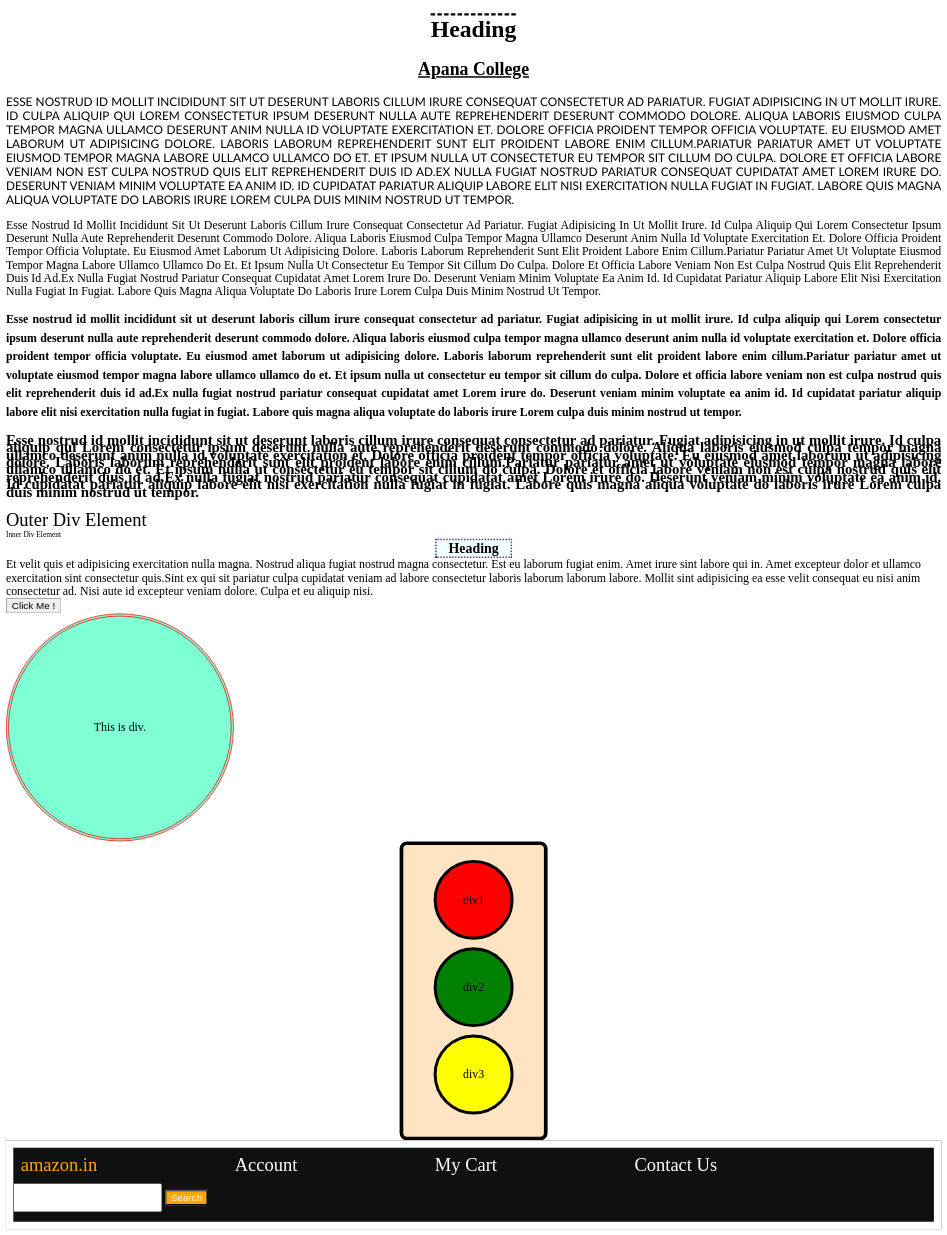
Repository: rakeshkolpepatil/CSS_Apana_College
Page: index.html
An editor plug-in stored every save of this project. The page is shown before and after the next save, followed by the edit.
The browser window is 1280 px wide. The pictures show the whole page, at 74% of full size.

Above is the page before, as saved 2023-06-22 22:03:25.

### index.html
<!DOCTYPE html>
<html lang="en">
<head>
  <meta charset="UTF-8">
  <meta name="viewport" content="width=device-width, initial-scale=1.0">
  <title>Document</title>
  <link rel="stylesheet" href="styleTwo.css">
</head>
<body>
  <h1> Heading </h1>
  <h2> Apana College </h2>
  <p id="pOne">Esse nostrud id mollit incididunt sit ut deserunt laboris cillum irure consequat consectetur ad pariatur. Fugiat adipisicing in ut mollit irure. Id culpa aliquip qui Lorem consectetur ipsum deserunt nulla aute reprehenderit deserunt commodo dolore. Aliqua laboris eiusmod culpa tempor magna ullamco deserunt anim nulla id voluptate exercitation et. Dolore officia proident tempor officia voluptate. Eu eiusmod amet laborum ut adipisicing dolore. Laboris laborum reprehenderit sunt elit proident labore enim cillum.Pariatur pariatur amet ut voluptate eiusmod tempor magna labore ullamco ullamco do et. Et ipsum nulla ut consectetur eu tempor sit cillum do culpa. Dolore et officia labore veniam non est culpa nostrud quis elit reprehenderit duis id ad.Ex nulla fugiat nostrud pariatur consequat cupidatat amet Lorem irure do. Deserunt veniam minim voluptate ea anim id. Id cupidatat pariatur aliquip labore elit nisi exercitation nulla fugiat in fugiat. Labore quis magna aliqua voluptate do laboris irure Lorem culpa duis minim nostrud ut tempor.
  </p>
  <p id="pTwo">Esse nostrud id mollit incididunt sit ut deserunt laboris cillum irure consequat consectetur ad pariatur. Fugiat adipisicing in ut mollit irure. Id culpa aliquip qui Lorem consectetur ipsum deserunt nulla aute reprehenderit deserunt commodo dolore. Aliqua laboris eiusmod culpa tempor magna ullamco deserunt anim nulla id voluptate exercitation et. Dolore officia proident tempor officia voluptate. Eu eiusmod amet laborum ut adipisicing dolore. Laboris laborum reprehenderit sunt elit proident labore enim cillum.Pariatur pariatur amet ut voluptate eiusmod tempor magna labore ullamco ullamco do et. Et ipsum nulla ut consectetur eu tempor sit cillum do culpa. Dolore et officia labore veniam non est culpa nostrud quis elit reprehenderit duis id ad.Ex nulla fugiat nostrud pariatur consequat cupidatat amet Lorem irure do. Deserunt veniam minim voluptate ea anim id. Id cupidatat pariatur aliquip labore elit nisi exercitation nulla fugiat in fugiat. Labore quis magna aliqua voluptate do laboris irure Lorem culpa duis minim nostrud ut tempor.
  </p>
  <p id="pThree">Esse nostrud id mollit incididunt sit ut deserunt laboris cillum irure consequat consectetur ad pariatur. Fugiat adipisicing in ut mollit irure. Id culpa aliquip qui Lorem consectetur ipsum deserunt nulla aute reprehenderit deserunt commodo dolore. Aliqua laboris eiusmod culpa tempor magna ullamco deserunt anim nulla id voluptate exercitation et. Dolore officia proident tempor officia voluptate. Eu eiusmod amet laborum ut adipisicing dolore. Laboris laborum reprehenderit sunt elit proident labore enim cillum.Pariatur pariatur amet ut voluptate eiusmod tempor magna labore ullamco ullamco do et. Et ipsum nulla ut consectetur eu tempor sit cillum do culpa. Dolore et officia labore veniam non est culpa nostrud quis elit reprehenderit duis id ad.Ex nulla fugiat nostrud pariatur consequat cupidatat amet Lorem irure do. Deserunt veniam minim voluptate ea anim id. Id cupidatat pariatur aliquip labore elit nisi exercitation nulla fugiat in fugiat. Labore quis magna aliqua voluptate do laboris irure Lorem culpa duis minim nostrud ut tempor.
  </p>
  <p id="pFour">Esse nostrud id mollit incididunt sit ut deserunt laboris cillum irure consequat consectetur ad pariatur. Fugiat adipisicing in ut mollit irure. Id culpa aliquip qui Lorem consectetur ipsum deserunt nulla aute reprehenderit deserunt commodo dolore. Aliqua laboris eiusmod culpa tempor magna ullamco deserunt anim nulla id voluptate exercitation et. Dolore officia proident tempor officia voluptate. Eu eiusmod amet laborum ut adipisicing dolore. Laboris laborum reprehenderit sunt elit proident labore enim cillum.Pariatur pariatur amet ut voluptate eiusmod tempor magna labore ullamco ullamco do et. Et ipsum nulla ut consectetur eu tempor sit cillum do culpa. Dolore et officia labore veniam non est culpa nostrud quis elit reprehenderit duis id ad.Ex nulla fugiat nostrud pariatur consequat cupidatat amet Lorem irure do. Deserunt veniam minim voluptate ea anim id. Id cupidatat pariatur aliquip labore elit nisi exercitation nulla fugiat in fugiat. Labore quis magna aliqua voluptate do laboris irure Lorem culpa duis minim nostrud ut tempor.
  </p>

  <div id="outer">
    Outer Div Element
    <div id="inner">
      Inner Div Element
    </div>
  </div>

  <h3> Heading </h3>
  <div>
    Et velit quis et adipisicing exercitation nulla magna. Nostrud aliqua fugiat nostrud magna consectetur. Est eu laborum fugiat enim. Amet irure sint labore qui in. Amet excepteur dolor et ullamco exercitation sint consectetur quis.Sint ex qui sit pariatur culpa cupidatat veniam ad labore consectetur laboris laborum laborum labore. Mollit sint adipisicing ea esse velit consequat eu nisi anim consectetur ad. Nisi aute id excepteur veniam dolore. Culpa et eu aliquip nisi.
  </div>
  <button> Click Me ! </button>
  <div id="div4"> This is div. </div>

  <div style="background-color: bisque; width: 150px; margin: auto; padding: 20px; border: 5px solid black; border-radius:10px" >
    <div class="div5"> div1 </div>
    <div class="div5" style="background-color: green;"> div2 </div>
    <div class="div5" style="background-color: yellow;"> div3 </div>
  </div>

  <div id="div6" >
    <a style="display:inline-block; margin-right: 13%; color: orange; padding: 10px; text-decoration: none; ; text-decoration: none; font-size: 25px;" href="https://www.amazon.in" >amazon.in</a>
    <a style="display:inline-block; margin-right: 13%; color: white; padding: 10px; text-decoration: none; font-size: 25px;" href="">Account</a>
    <a style="display:inline-block; margin-right: 13%; color: white; padding: 10px; text-decoration: none; font-size: 25px;" href="">My Cart</a>
    <a style="display:inline-block; margin-right: 13%; color: white; padding: 10px; text-decoration: none; font-size: 25px;" href="">Contact Us</a>
    <input style="display:inline-block;  color: white; padding: 10px;"> </input>
    <button style="background-color: orange; color:white"> Search</button>
  </div>
</body>
</html>

### styleTwo.css
h1{
  text-align: center;
  text-decoration:  dotted underline  ;
  text-decoration:  dashed overline  ;
}

h2{
  text-align: center;
  text-transform: capitalize;
  text-decoration: underline;
}

#pOne{
  text-align: justify;
  text-transform: uppercase;
  font-weight: 100;
  font-family: 'Gill Sans', 'Gill Sans MT', Calibri, 'Trebuchet MS', sans-serif;
}

#pTwo{
  text-transform: capitalize;
  text-align: justify;
  font-weight: 300;
}

#pThree{
  text-align: justify;
  line-height: 25px;
  font-weight: 600;
}

#pFour{
  text-align: justify;
  font-size: 20px;
  line-height: 10px;
  font-weight: 900;
}

#outer{
  font-size: 25px;
}

#inner{
  font-size: 10px;
}

#div4{
  height: 300px;
  width: 300px;
  background-color:aquamarine;

  /* border-width: 4px;
  border-color: black;
  border-style: dotted; */


  display: flex;
  text-align: center;
  justify-content: center;
  align-items: center;

  /* border: 4px solid red; */
  border: 4px double red;
  /* border-radius: 10px; */
  border-radius: 50% ;
}

h3{
  display: flex;
  justify-content: center;
  align-items:center;
  margin-left: 50%;
  /* text-align: center; */
  border: 2px dotted rebeccapurple;
  width: 100px;
  margin: auto;
  background-color:azure;
}

.div5{
  width: 100px;
  height: 100px;
  background-color:red;
  margin: auto;
  margin-bottom: 10px;
  display: flex;
  justify-content: center;
  align-items:center;
  border: 4px solid black;
  border-radius: 50%
}

#div6{
  height: 100px;
  border: 10px solid white;
  background-color:#0f1111;
}

After the next save:
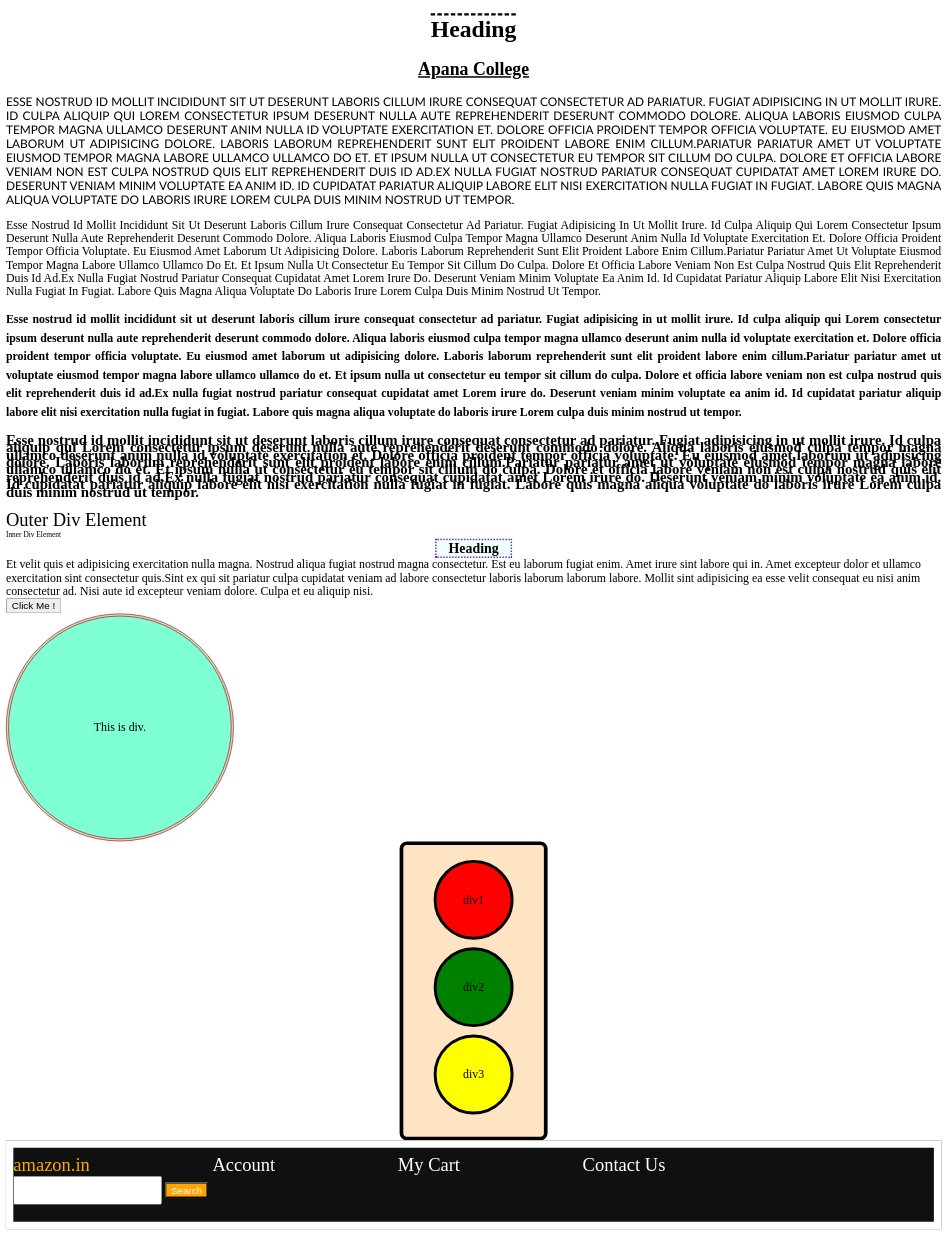
Saved 34 s later.
--- a/index.html
+++ b/index.html
@@ -39,10 +39,10 @@
   </div>
 
   <div id="div6" >
-    <a style="display:inline-block; margin-right: 13%; color: orange; padding: 10px; text-decoration: none; ; text-decoration: none; font-size: 25px;" href="https://www.amazon.in" >amazon.in</a>
-    <a style="display:inline-block; margin-right: 13%; color: white; padding: 10px; text-decoration: none; font-size: 25px;" href="">Account</a>
-    <a style="display:inline-block; margin-right: 13%; color: white; padding: 10px; text-decoration: none; font-size: 25px;" href="">My Cart</a>
-    <a style="display:inline-block; margin-right: 13%; color: white; padding: 10px; text-decoration: none; font-size: 25px;" href="">Contact Us</a>
+    <a style="display:inline-block; margin-right: 13%; color: orange; margin-top: 10px; text-decoration: none; ; text-decoration: none; font-size: 25px;" href="https://www.amazon.in" >amazon.in</a>
+    <a style="display:inline-block; margin-right: 13%; color: white; margin-top: 10px; text-decoration: none; font-size: 25px;" href="">Account</a>
+    <a style="display:inline-block; margin-right: 13%; color: white; margin-top: 10px; text-decoration: none; font-size: 25px;" href="">My Cart</a>
+    <a style="display:inline-block; margin-right: 13%; color: white; margin-top: 10px; text-decoration: none; font-size: 25px;" href="">Contact Us</a>
     <input style="display:inline-block;  color: white; padding: 10px;"> </input>
     <button style="background-color: orange; color:white"> Search</button>
   </div>
